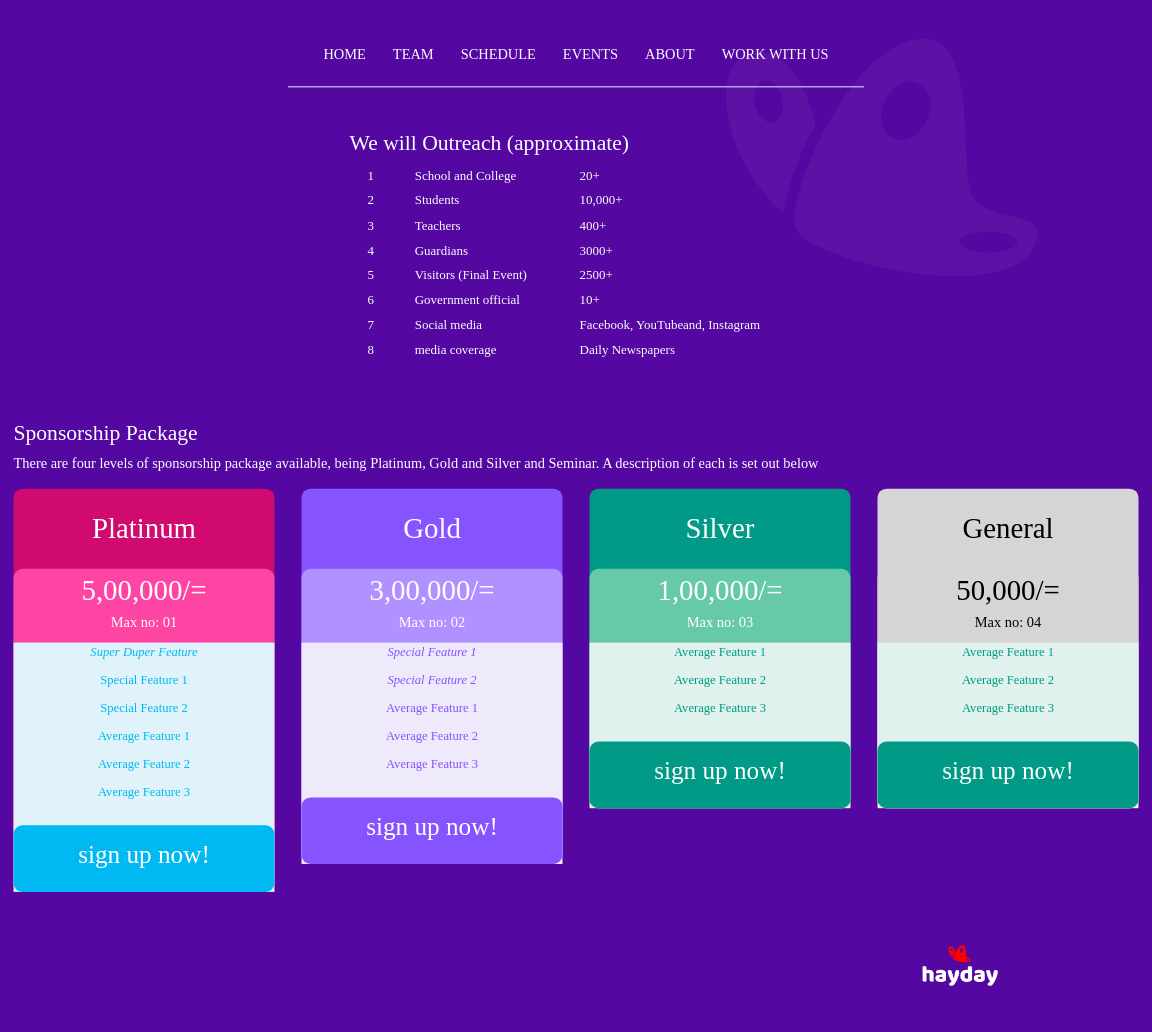
Repository: im1971/company-web
Page: workWithUs.html
The author's editor kept a copy of each file at every save. The page is drawn from the files as they stood at one save, then again after the next save.
The browser window is 1280 px wide. The pictures show the whole page, at 90% of full size.
Some web fonts or font styles are not loaded; a fallback is used.

Above is the page before, as saved 2020-01-26 12:42:07.

### workWithUs.html
<!DOCTYPE html>
<html>

<head>
    <title>hayday</title>
    <link rel="shortcut icon" type="img/x-icon" href="img/fav.png" />
    <link rel="stylesheet" href="css/mdb.min.css">
    <link rel="stylesheet" href="css/bootstrap.min.css">
    <link rel="stylesheet" href="css/fontawesome.min.css">
    <link rel="stylesheet" href="css/all.min.css">
    <link rel="stylesheet" href="css/style.css">
    <!-- fonts -->
    <link href="https://fonts.googleapis.com/css?family=Baloo+Bhai&display=swap" rel="stylesheet">
    <!-- fonts -->

</head>

<body>

    <div class="wrap_hayday">
        <div class="back_img"></div>
        <div class="container-fluid">
            <div class="row justify-content-center pb-5">
                <div class="col-md-12">
                    <nav class="navbar navbar-expand-lg">
                        <button class="navbar-toggler" type="button" data-toggle="collapse" data-target="#navbarSupportedContent" aria-controls="navbarSupportedContent" aria-expanded="false" aria-label="Toggle navigation">
                          <span class="navbar-toggler-icon"></span>
                        </button>

                        <div class="collapse navbar-collapse" id="navbarSupportedContent">

                            <ul class="navbar-nav m-auto text-uppercase">
                                <li class="nav-item active">
                                    <a class="nav-link" href="index.html">Home</a>
                                </li>
                                <li class="nav-item">
                                    <a class="nav-link" href="#">Team</a>
                                </li>
                                <li class="nav-item">
                                    <a class="nav-link" href="#">SCHEDULE</a>
                                </li>
                                <li class="nav-item">
                                    <a class="nav-link" href="#">Events</a>
                                </li>
                                <li class="nav-item">
                                    <a class="nav-link" href="about.html">About</a>
                                </li>
                                <li class="nav-item">
                                    <a class="nav-link" href="workWithUs.html">Work With us</a>
                                </li>
                            </ul>
                        </div>
                    </nav>
                </div>
                <div class="col-md-6 border_deco pt-3"></div>
            </div>
            <!-- <div class="container"> -->
            <div class="row justify-content-center">
                <div class="col-md-5 outreach">
                    <h4>We will Outreach (approximate)</h4>
                    <div class="table-responsive table-sm">
                        <table class="table">
                            <tbody>
                                <tr>
                                    <td>1</td>
                                    <td>School and College</td>
                                    <td>20+</td>
                                </tr>
                                <tr>
                                    <td>2</td>
                                    <td>Students</td>
                                    <td>10,000+</td>
                                </tr>
                                <tr>
                                    <td>3</td>
                                    <td>Teachers</td>
                                    <td>400+</td>
                                </tr>
                                <tr>
                                    <td>4</td>
                                    <td>Guardians</td>
                                    <td>3000+</td>
                                </tr>
                                <tr>
                                    <td>5</td>
                                    <td>Visitors (Final Event)</td>
                                    <td>2500+</td>
                                </tr>
                                <tr>
                                    <td>6</td>
                                    <td>Government official</td>
                                    <td>10+</td>
                                </tr>
                                <tr>
                                    <td>7</td>
                                    <td>Social media</td>
                                    <td>Facebook, YouTubeand, Instagram</td>
                                </tr>
                                <tr>
                                    <td>8</td>
                                    <td>media coverage</td>
                                    <td>Daily Newspapers</td>
                                </tr>
                            </tbody>
                        </table>
                    </div>
                </div>
            </div>
            <div class="row justify-content-center sponsor_table mt-5">
                <div class="col-md-12">
                    <h4>Sponsorship Package</h4>
                    <p>
                        There are four levels of sponsorship package available, being Platinum, Gold and Silver and Seminar. A description of each is set out below
                    </p>
                </div>
                <div class="col-md-3">
                    <div class="superduper">
                        <div class="price-package">
                            <div class="package-name">
                                <h2>Platinum</h2>
                            </div>
                            <div class="package-price">
                                <div class="package-arrow"></div>
                                <div class="price">
                                    <span>5,00,000/=</span>
                                </div>
                                <div class="term">
                                    <span>Max no: 01</span>
                                </div>
                                <div class="package-features">
                                    <div class="package-arrow"></div>
                                    <ul>
                                        <li><em>Super Duper Feature</em></li>
                                        <li>Special Feature 1</li>
                                        <li>Special Feature 2</li>
                                        <li>Average Feature 1</li>
                                        <li>Average Feature 2</li>
                                        <li>Average Feature 3</li>
                                    </ul>
                                    <button class="sign-up">
                                <h3>sign up now!</h3>
                              </button>
                                </div>
                            </div>
                        </div>
                    </div>
                </div>
                <div class="col-md-3">
                    <div class="special">
                        <div class="price-package">
                            <div class="package-name">
                                <h2>Gold</h2>
                            </div>
                            <div class="package-price">
                                <div class="package-arrow"></div>
                                <div class="price">
                                    <span>3,00,000/=</span>
                                </div>
                                <div class="term">
                                    <span>Max no: 02</span>
                                </div>
                                <div class="package-features">
                                    <div class="package-arrow"></div>
                                    <ul>
                                        <li><em>Special Feature 1</em></li>
                                        <li><em>Special Feature 2</em></li>
                                        <li>Average Feature 1</li>
                                        <li>Average Feature 2</li>
                                        <li>Average Feature 3</li>
                                    </ul>
                                    <button class="sign-up">
                                <h3>sign up now!</h3>
                              </button>
                                </div>
                            </div>
                        </div>
                    </div>
                </div>

                <div class="col-md-3">
                    <div class="average">
                        <div class="price-package">
                            <div class="package-name">
                                <h2>Silver</h2>
                            </div>
                            <div class="package-price">
                                <div class="package-arrow"></div>
                                <div class="price">
                                    <span>1,00,000/=</span>
                                </div>
                                <div class="term">
                                    <span>Max no: 03</span>
                                </div>
                                <div class="package-features">
                                    <div class="package-arrow"></div>
                                    <ul>
                                        <li>Average Feature 1</li>
                                        <li>Average Feature 2</li>
                                        <li>Average Feature 3</li>
                                    </ul>
                                    <button class="sign-up">
                                  <h3>sign up now!</h3>
                                </button>
                                </div>
                            </div>
                        </div>
                    </div>

                </div>
                <div class="col-md-3">
                    <div class="general">
                        <div class="price-package">
                            <div class="package-name">
                                <h2>General</h2>
                            </div>
                            <div class="package-price">
                                <div class="package-arrow"></div>
                                <div class="price">
                                    <span>50,000/=</span>
                                </div>
                                <div class="term">
                                    <span>Max no: 04</span>
                                </div>
                                <div class="package-features">
                                    <div class="package-arrow"></div>
                                    <ul>
                                        <li>Average Feature 1</li>
                                        <li>Average Feature 2</li>
                                        <li>Average Feature 3</li>
                                    </ul>
                                    <button class="sign-up">
                                  <h3>sign up now!</h3>
                                </button>
                                </div>
                            </div>
                        </div>
                    </div>

                </div>

            </div>
            <!-- </div> -->
            <div class="row justify-content-end my-5">
                <div class="col-md-4 m-autp">
                    <div class="middle_body">
                        <div class="logo">
                            <img src="img/logo.png" alt="" style="height: 50px">
                        </div>
                        <!-- <p>Read about our Inspiration</p> -->
                    </div>
                </div>
            </div>
        </div>
    </div>
    </div>



    <!-- <script src="https://code.jquery.com/jquery-3.4.1.slim.min.js" integrity="sha384-J6qa4849blE2+poT4WnyKhv5vZF5SrPo0iEjwBvKU7imGFAV0wwj1yYfoRSJoZ+n" crossorigin="anonymous"></script>
    <script src="https://cdn.jsdelivr.net/npm/popper.js@1.16.0/dist/umd/popper.min.js" integrity="sha384-Q6E9RHvbIyZFJoft+2mJbHaEWldlvI9IOYy5n3zV9zzTtmI3UksdQRVvoxMfooAo" crossorigin="anonymous"></script>
    <script src="https://stackpath.bootstrapcdn.com/bootstrap/4.4.1/js/bootstrap.min.js" integrity="sha384-wfSDF2E50Y2D1uUdj0O3uMBJnjuUD4Ih7YwaYd1iqfktj0Uod8GCExl3Og8ifwB6" crossorigin="anonymous"></script> -->

    <script type="text/javascript" src="js/jquery.min.js"></script>
    <!-- Bootstrap tooltips -->
    <script type="text/javascript" src="js/popper.min.js"></script>
    <!-- Bootstrap core JavaScript -->
    <script type="text/javascript" src="js/bootstrap.min.js"></script>
    <!-- MDB core JavaScript -->
    <script type="text/javascript" src="js/mdb.min.js"></script>


</body>

</html>

### css/style.css
body {
    padding: 0;
    margin: 0;
    background: #5407A1 !important;
    color: #fff !important;
    font-family: 'Baloo Bhai', cursive;
    position: relative;
}


/* global */

html {
    overflow: scroll;
    overflow-x: hidden;
}

::-webkit-scrollbar {
    width: 0px;
    /* Remove scrollbar space */
    background: transparent;
    /* Optional: just make scrollbar invisible */
}


/* Optional: show position indicator in red */

::-webkit-scrollbar-thumb {
    background: #FF0000;
}


/* global */

.back_img {
    background-image: url(../img/back.png);
    height: 350px;
    width: 600px;
    position: absolute;
    background-position: center center;
    background-size: cover;
    opacity: 5%;
    /* top: 30%; */
    right: 0;
}


/* header */

.wrap_hayday .navbar {
    box-shadow: none;
}

.wrap_hayday .container-fluid {
    min-height: 100vh;
}

.wrap_hayday nav .nav-link {
    padding-right: 15px !important;
    padding-left: 15px !important;
    color: #fff;
    font-family: 'Baloo Bhai', cursive;
}

.wrap_hayday .border_deco {
    border-bottom: .25px solid #fff;
}

.wrap_hayday nav .nav-link:hover {
    color: #FF0000;
    transition-duration: 0.5s;
}

.wrap_hayday .navbar {
    padding: 40px;
    padding-bottom: 0;
}


/* header */


/* middle body */

.wrap_hayday .middle_body {
    text-align: center;
}

.wrap_hayday .middle_body .logo img {
    /* background-image: url(logo.png); */
    height: 100px;
}

.wrap_hayday .others_page_middle {
    text-align: center;
    position: absolute;
    right: 30px;
    bottom: 0;
}

.wrap_hayday .others_page_middle img {
    height: 70px;
}


/* middle body */


/* footer-body */

.myprogress {
    min-width: 100%;
    margin: 0px auto;
    text-align: center;
}

.myprogress .circle {
    display: inline-block;
    background: #fff;
    width: 50px;
    height: 50px;
    border-radius: 80px;
    border: 1px solid #d5d5da;
    cursor: pointer;
}

.myprogress .circle:hover {
    background: #FF0000;
    color: #5407A1;
    transition-duration: 0.5s;
}

.myprogress .bar {
    position: relative;
    width: 100px;
    padding-right: 15px;
    font-family: none;
    /* height: 2px; */
    /* top: 10px; */
    /* border: 0px solid #fff; */
}

.myprogress .circle .label {
    display: inline-block;
    width: 40px;
    height: 40px;
    line-height: 30px;
    border-radius: 40px;
    font-size: 24px;
}

.myprogress .circle .title {
    color: #5407A1;
    font-size: 24px;
    line-height: 50px;
    cursor: pointer;
}

.myprogress .circle .title:hover {
    color: #fff;
}

.myprogress i {
    font-size: 11px;
}

.myprogress .abc {
    animation: pulse 1s infinite;
    color: #FF0000;
}

.myprogress .pulse {
    -webkit-animation-duration: 3s;
    -webkit-animation-delay: 2s;
    -webkit-animation-iteration-count: 5;
}


/* footer-body */


/* about hayday */

.accordion .card-header {
    padding: 0;
    background: #5407A1;
    margin-bottom: 0;
}

.accordion .card-header .btn-link {
    color: #fff;
    padding: 0;
}

.accordion .card {
    border: none;
    border-radius: 0;
}

.accordion i {
    position: absolute;
    right: 10px;
    top: 5px;
}

.accordion p {
    color: #000;
    font-family: serif;
    font-size: 15px;
}

.accordion h4 {
    color: #000;
    font-family: serif;
    font-weight: 700 !important;
    font-size: 22px;
}


/* about hayday */


/* work with us */

.outreach table.table th,
table.table td {
    padding: 3px 20px;
    color: #fff;
    border: none;
    font-family: auto;
}


/* work with us */


/* pricing table */

.sponsor_table {
    font-family: auto;
}

.price-package {
    padding-top: 25px;
    margin-bottom: 10px;
    text-align: center;
    -moz-border-radius-topleft: 10px;
    -moz-border-radius-topright: 10px;
    -webkit-border-top-left-radius: 10px;
    -webkit-border-top-right-radius: 10px;
    -moz-border-radius-bottomleft: 10px;
    -moz-border-radius-bottomright: 10px;
    -webkit-border-bottom-left-radius: 10px;
    -webkit-border-bottom-right-radius: 10px;
}

.price-package .package-name {
    font-size: 1.4rem;
}

.price-package .package-price {
    -moz-border-radius-topleft: 10px;
    -moz-border-radius-topright: 10px;
    -webkit-border-top-left-radius: 10px;
    -webkit-border-top-right-radius: 10px;
    -moz-border-radius-bottomleft: 10px;
    -moz-border-radius-bottomright: 10px;
    -webkit-border-bottom-left-radius: 10px;
    -webkit-border-bottom-right-radius: 10px;
    margin-top: 25px;
}

.price-package .package-price .price sup {
    font-size: 1.6rem;
    position: absolute;
    top: 6px;
    left: -12px;
}

.price-package .package-price .price span {
    font-size: 2rem;
}

.price-package .package-features ul {
    font-size: 14px;
    margin: 0;
    padding: 0;
    list-style: none;
}

.price-package .package-features ul li {
    margin: 10px auto;
    padding: 0;
}

.price-package .sign-up {
    -moz-border-radius-topleft: 10px;
    -moz-border-radius-topright: 10px;
    -webkit-border-top-left-radius: 10px;
    -webkit-border-top-right-radius: 10px;
    -moz-border-radius-bottomleft: 10px;
    -moz-border-radius-bottomright: 10px;
    -webkit-border-bottom-left-radius: 10px;
    -webkit-border-bottom-right-radius: 10px;
    padding: 16.66666667px 0;
    margin-top: 16.66666667px;
    width: 100%;
    outline: none;
    border: none;
    cursor: pointer;
}

.average .price-package {
    background-color: #009a86;
}

.average .price-package .package-name {
    color: white;
}

.average .price-package .package-price {
    background-color: #66CAA6;
    color: white;
}

.average .price-package .package-features {
    background-color: #e0f2ed;
    color: #009a86;
}

.average .price-package .sign-up {
    background-color: #009a86;
    color: white;
    transition: background-color 0.5s ease;
}

.average .price-package .sign-up:hover {
    background-color: #66CAA6;
}

.average .price-package .sign-up:active {
    background-color: #e0f2ed;
}

.average .price-package .package-price .package-arrow {
    border-top-color: #009a86;
}

.average .price-package .package-features .package-arrow {
    border-top-color: #66CAA6;
}

.average .price-package .sign-up .package-arrow {
    border-top-color: #e0f2ed;
}

.special .price-package {
    background-color: #8654ff;
}

.special .price-package .package-name {
    color: white;
}

.special .price-package .package-price {
    background-color: #b191ff;
    color: white;
}

.special .price-package .package-features {
    background-color: #efe9fc;
    color: #8654ff;
}

.special .price-package .sign-up {
    background-color: #8654ff;
    color: white;
    transition: background-color 0.5s ease;
}

.special .price-package .sign-up:hover {
    background-color: #b191ff;
}

.special .price-package .sign-up:active {
    background-color: #efe9fc;
}

.special .price-package .package-price .package-arrow {
    border-top-color: #8654ff;
}

.special .price-package .package-features .package-arrow {
    border-top-color: #b191ff;
}

.special .price-package .sign-up .package-arrow {
    border-top-color: #efe9fc;
}

.superduper .price-package {
    background-color: #d00a6e;
}

.superduper .price-package .package-name {
    color: white;
}

.superduper .price-package .package-price {
    background-color: #ff45a3;
    color: white;
}

.superduper .price-package .package-features {
    background-color: #e0f2fa;
    color: #00b9f2;
}

.superduper .price-package .sign-up {
    background-color: #00b9f2;
    color: white;
    transition: background-color 0.5s ease;
}

.superduper .price-package .sign-up:hover {
    background-color: #7dd4fe;
}

.superduper .price-package .sign-up:active {
    background-color: #e0f2fa;
}

.superduper .price-package .package-price .package-arrow {
    border-top-color: #ff45a3;
}

.superduper .price-package .package-features .package-arrow {
    border-top-color: #7dd4fe;
}

.superduper .price-package .sign-up .package-arrow {
    border-top-color: #e0f2fa;
}

.general .price-package {
    background-color: #d5d5d5;
}

.general .price-package .package-name {
    color: #000;
}

.general .price-package .package-price {
    background-color: #d5d5d5;
    color: #000;
}

.general .price-package .package-features {
    background-color: #e0f2ed;
    color: #009a86;
}

.general .price-package .sign-up {
    background-color: #009a86;
    color: white;
    transition: background-color 0.5s ease;
}

.general .price-package .sign-up:hover {
    background-color: #66CAA6;
}

.general .price-package .sign-up:active {
    background-color: #e0f2ed;
}

.general .price-package .package-price .package-arrow {
    border-top-color: #009a86;
}

.general .price-package .package-features .package-arrow {
    border-top-color: #66CAA6;
}

.general .price-package .sign-up .package-arrow {
    border-top-color: #e0f2ed;
}


/* pricing table */

Loaded but not shown: css/mdb.min.css (library); css/bootstrap.min.css (library); css/fontawesome.min.css (library); css/all.min.css (library); js/jquery.min.js (library); js/popper.min.js (library); js/bootstrap.min.js (library); js/mdb.min.js (library)

After the next save:
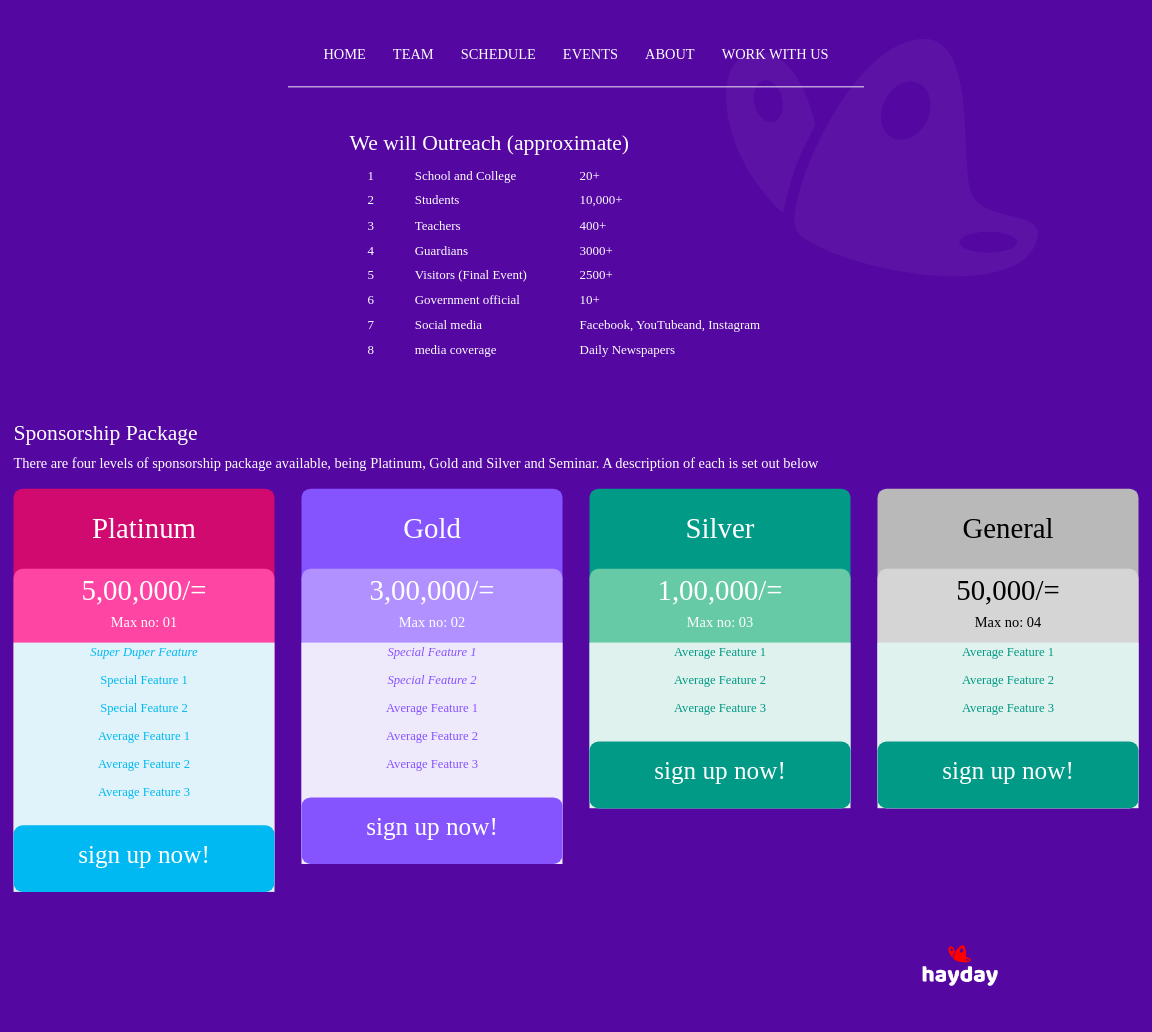
Saved 61 s later.
--- a/css/style.css
+++ b/css/style.css
@@ -443,7 +443,7 @@ table.table td {
 }
 
 .general .price-package {
-    background-color: #d5d5d5;
+    background-color: #b9b9b9;
 }
 
 .general .price-package .package-name {
